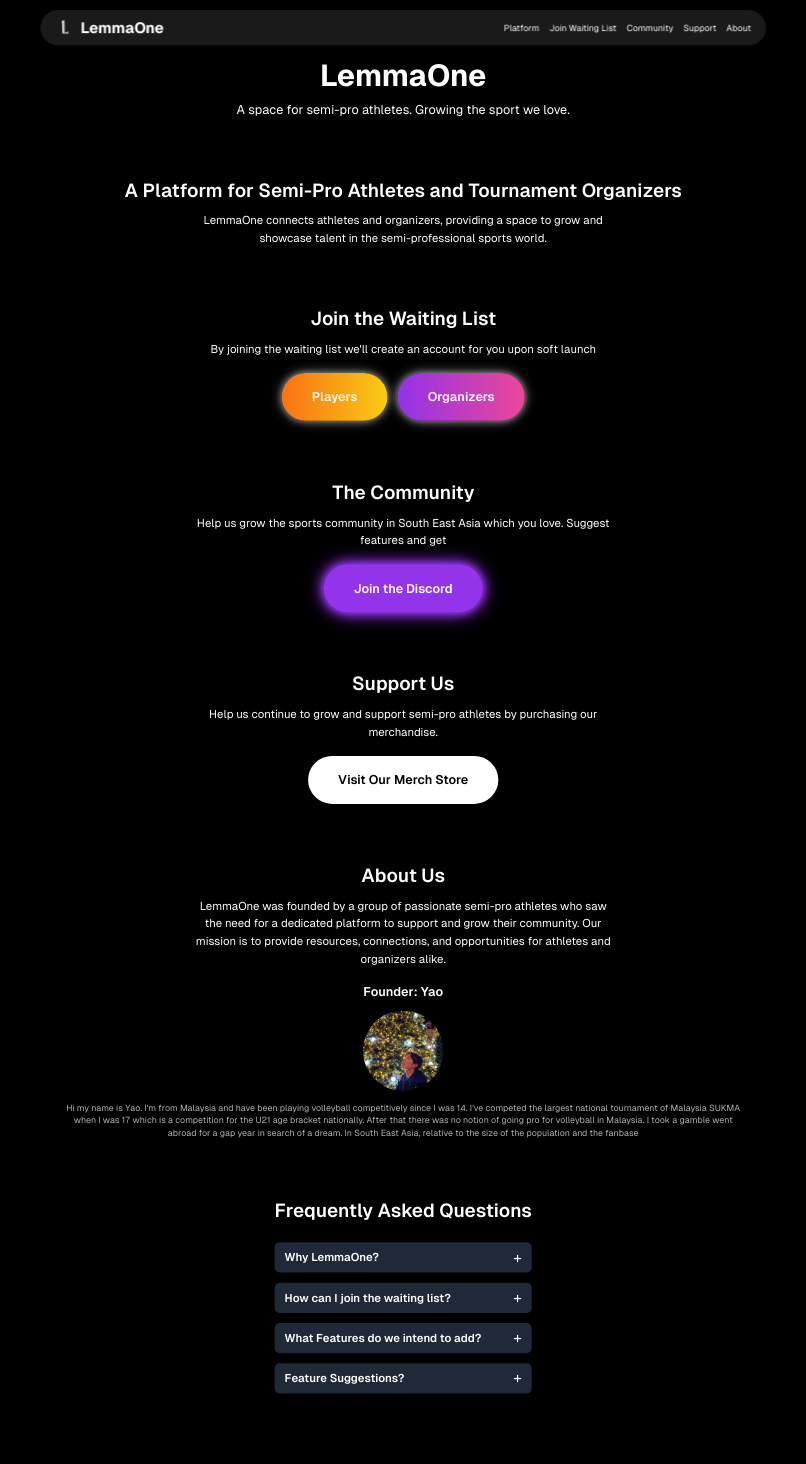
Repository: yao-creative/lemma-one-launch
Page: /
An editor plug-in stored every save of this project. The page is shown before and after a run of saves, followed by the edit.
The browser window is 1280 px wide. The pictures show the whole page, at 63% of full size.
The project was rebuilt for these pictures with package versions that can differ from the ones it lists, and the page was loaded fresh each time. The framework's server and built-in components were replaced by stand-ins that run in the browser. Also part of the build but not shown: next.config.js, next.config.mjs.

Above is the page before, as saved 2024-09-26 04:16:13.

### app/layout.tsx
import type { Metadata } from "next";
import localFont from "next/font/local";
import "./globals.css";

const geistSans = localFont({
  src: "./fonts/GeistVF.woff",
  variable: "--font-geist-sans",
  weight: "100 900",
});

const geistMono = localFont({
  src: "./fonts/GeistMonoVF.woff",
  variable: "--font-geist-mono",
  weight: "100 900",
});

const nikeFont = localFont({
  src: "./fonts/Futura-Condensed-Extra-Bold.otf",
  variable: "--font-nike",
});

export const metadata: Metadata = {
  title: "LemmaOne",
  description: "A space for semi-pro athletes. Growing the sport we love.",
};

export default function RootLayout({
  children,
}: Readonly<{
  children: React.ReactNode;
}>) {
  return (
    <html lang="en">
      <body
        className={`${geistSans.variable} ${geistMono.variable} ${nikeFont.variable} antialiased`}
      >
        {children}
      </body>
    </html>
  );
}

### app/page.tsx
'use client';

import { useRef, useState } from 'react';
import Image from 'next/image';

export default function Home() {
  const [menuOpen, setMenuOpen] = useState(false);
  const platformRef = useRef<HTMLElement>(null);
  const waitingListRef = useRef<HTMLElement>(null);
  const communityRef = useRef<HTMLElement>(null);
  const supportRef = useRef<HTMLElement>(null);
  const aboutRef = useRef<HTMLElement>(null);
  const faqRef = useRef<HTMLElement>(null);

  const scrollToSection = (ref: React.RefObject<HTMLElement>) => {
    ref.current?.scrollIntoView({ behavior: 'smooth' });
    setMenuOpen(false);
  };

  const [openFAQ, setOpenFAQ] = useState<number | null>(null);

  const toggleFAQ = (index: number) => {
    setOpenFAQ(openFAQ === index ? null : index);
  };

  const faqs = [
    {
      question: "Why LemmaOne?",
      answer: "A Lemma is a term in mathematics for an intermediate result or tool to prove a theorem. We are creating LemmaOne to prove that semi-pro sports is possible in South East Asia."
    },
    {
      question: "How can I join the waiting list?",
      answer: "You can join the waiting list by clicking on either the 'Players' or 'Organizers' button in the 'Join the Waiting List' section. We'll create an account for you upon soft launch."
    },
    {
      question: "What Features do we intend to add?",
      answer: "We're currently building a platform for sports hosting, but would like to grow into an interactive community to help build local tournaments to create a more immersive tournament experience, broaden their reach, and find new monetization methods. This way we can help grow a sustainable semi-pro sports community in South East Asia. "
    },
    {
      question: "Feature Suggestions?",
      answer: "We're always looking for new ideas an feature improvements. Join the Discord to build a community with us."
    }
  ];

  return (
    <div className="min-h-screen bg-black text-white">
      <nav className="fixed top-0 left-0 right-0 z-10">
        <div className="mx-auto max-w-6xl mt-4 px-6 py-3 bg-white/10 backdrop-blur-md rounded-full flex justify-between items-center">
          <div className="flex items-center space-x-2">
            <Image src="/logo192.png" alt="LemmaOne Logo" width={32} height={32} />
            <h1 className="text-2xl font-bold font-nike">LemmaOne</h1>
          </div>
          <div className="hidden md:flex space-x-4 items-center">
            <button onClick={() => scrollToSection(platformRef)} className="text-sm hover:text-gray-300">Platform</button>
            <button onClick={() => scrollToSection(waitingListRef)} className="text-sm hover:text-gray-300">Join Waiting List</button>
            <button onClick={() => scrollToSection(communityRef)} className="text-sm hover:text-gray-300">Community</button>
            <button onClick={() => scrollToSection(supportRef)} className="text-sm hover:text-gray-300">Support</button>
            <button onClick={() => scrollToSection(aboutRef)} className="text-sm hover:text-gray-300">About</button>
          </div>
          <button onClick={() => setMenuOpen(!menuOpen)} className="md:hidden">
            <svg className="w-6 h-6" fill="none" stroke="currentColor" viewBox="0 0 24 24" xmlns="http://www.w3.org/2000/svg">
              <path strokeLinecap="round" strokeLinejoin="round" strokeWidth={2} d="M4 6h16M4 12h16M4 18h16" />
            </svg>
          </button>
        </div>
        {menuOpen && (
          <div className="md:hidden absolute top-full left-0 right-0 bg-black/90 backdrop-blur-md py-4">
            <button onClick={() => scrollToSection(platformRef)} className="block w-full text-left px-6 py-2 hover:bg-white/10">Platform</button>
            <button onClick={() => scrollToSection(waitingListRef)} className="block w-full text-left px-6 py-2 hover:bg-white/10">Join Waiting List</button>
            <button onClick={() => scrollToSection(communityRef)} className="block w-full text-left px-6 py-2 hover:bg-white/10">Community</button>
            <button onClick={() => scrollToSection(supportRef)} className="block w-full text-left px-6 py-2 hover:bg-white/10">Support</button>
            <button onClick={() => scrollToSection(aboutRef)} className="block w-full text-left px-6 py-2 hover:bg-white/10">About</button>
          </div>
        )}
      </nav>

      <main className="flex min-h-screen flex-col items-center justify-between p-24 space-y-24">
        <section className="text-center flex flex-col items-center">
          <h2 className="text-4xl md:text-5xl font-bold font-nike mb-4">LemmaOne</h2>
          <p className="text-lg md:text-xl max-w-2xl">A space for semi-pro athletes. Growing the sport we love.</p>
        </section>

        <section ref={platformRef} className="text-center flex flex-col items-center">
          <h3 className="text-2xl md:text-3xl font-semibold font-nike mb-4">A Platform for Semi-Pro Athletes and Tournament Organizers</h3>
          <p className="text-base md:text-lg max-w-2xl">
            LemmaOne connects athletes and organizers, providing a space to grow and showcase talent in the semi-professional sports world.
          </p>
        </section>

        <section ref={waitingListRef} className="text-center flex flex-col items-center">
          <h3 className="text-2xl md:text-3xl font-semibold font-nike mb-4">Join the Waiting List</h3>
          <p className="text-base md:text-lg mb-6 max-w-2xl">
            By joining the waiting list we'll create an account for you upon soft launch
          </p>
          <div className="flex flex-col md:flex-row justify-center space-y-4 md:space-y-0 md:space-x-4">
            <button className="px-12 py-6 rounded-full text-xl font-semibold text-white bg-gradient-to-r from-orange-500 to-yellow-400 hover:from-orange-600 hover:to-yellow-500 transition-all duration-300 animate-pulse-subtle glow-button">
              Players
            </button>
            <button className="px-12 py-6 rounded-full text-xl font-semibold text-white bg-gradient-to-r from-purple-600 to-pink-500 hover:from-purple-700 hover:to-pink-600 transition-all duration-300 animate-pulse-subtle glow-button">
              Organizers
            </button>
          </div>
        </section>

        <section ref={communityRef} className="text-center flex flex-col items-center">
          <h3 className="text-2xl md:text-3xl font-semibold font-nike mb-4">The Community</h3>
          <p className="text-base md:text-lg mb-6 max-w-2xl">
            Help us grow the sports community in South East Asia which you love. Suggest features and get
          </p>
          <a href="https://discord.gg/QztR7ZPM" className="inline-block px-12 py-6 rounded-full text-xl bg-purple-600 text-white font-semibold hover:bg-purple-700 transition-colors duration-300 neon-button">
            Join the Discord
          </a>
        </section>

        <section ref={supportRef} className="text-center flex flex-col items-center">
          <h3 className="text-2xl md:text-3xl font-semibold font-nike mb-4">Support Us</h3>
          <p className="text-base md:text-lg mb-6 max-w-2xl">
            Help us continue to grow and support semi-pro athletes by purchasing our merchandise.
          </p>
          <a href="#" className="inline-block px-12 py-6 rounded-full text-xl bg-white text-black font-semibold hover:bg-gray-200 transition-colors duration-300">
            Visit Our Merch Store
          </a>
        </section>

        <section ref={aboutRef} className="text-center flex flex-col items-center">
          <h3 className="text-2xl md:text-3xl font-semibold font-nike mb-4">About Us</h3>
          <p className="text-base md:text-lg max-w-2xl">
            LemmaOne was founded by a group of passionate semi-pro athletes who saw the need for a dedicated platform to support and grow their community. Our mission is to provide resources, connections, and opportunities for athletes and organizers alike.
          </p>
          <div className="mt-6">
            <h3 className="text-xl font-semibold mb-4">Founder: Yao</h3>
            <div className="relative w-32 h-32 mx-auto mb-4">
              <Image
                src="/about/profile.jpg"
                alt="Yao - Founder"
                layout="fill"
                objectFit="cover"
                className="rounded-full"
              />
            </div>
            <p className="text-sm opacity-70">
              Hi my name is Yao. I'm from Malaysia and have been playing volleyball competitively since I was 14. I've competed the largest national tournament of Malaysia SUKMA when I was 17 which is a competition for the U21 age bracket nationally. After that there was no notion of going pro for volleyball in Malaysia. I took a gamble went abroad for a gap year in search of a dream. In South East Asia, relative to the size of the population and the fanbase
            </p>
          </div>
        </section>

        <section ref={faqRef} className="text-center flex flex-col items-center">
          <h3 className="text-2xl md:text-3xl font-semibold font-nike mb-8">Frequently Asked Questions</h3>
          <div className="w-full max-w-2xl">
            {faqs.map((faq, index) => (
              <div key={index} className="mb-4">
                <button
                  className="flex justify-between items-center w-full text-left px-4 py-2 bg-gray-800 hover:bg-gray-700 transition-colors duration-300 rounded-lg"
                  onClick={() => toggleFAQ(index)}
                >
                  <span className="text-lg font-semibold">{faq.question}</span>
                  <span className="text-2xl">{openFAQ === index ? '−' : '+'}</span>
                </button>
                {openFAQ === index && (
                  <div className="mt-2 px-4 py-2 bg-gray-900 rounded-lg">
                    <p className="text-base">{faq.answer}</p>
                  </div>
                )}
              </div>
            ))}
          </div>
        </section>
      </main>
    </div>
  );
}

### app/globals.css
@tailwind base;
@tailwind components;
@tailwind utilities;

:root {
  --background: #000000;
  --foreground: #ffffff;
}

@media (prefers-color-scheme: dark) {
  :root {
    --background: #0a0a0a;
    --foreground: #ededed;
  }
}

body {
  color: var(--foreground);
  background: var(--background);
  font-family: var(--font-geist-sans), Arial, sans-serif;
}

@layer utilities {
  .text-balance {
    text-wrap: balance;
  }
}

@keyframes pulse-subtle {
  0%, 100% {
    opacity: 1;
  }
  50% {
    opacity: 0.8;
  }
}

.animate-pulse-subtle {
  animation: pulse-subtle 2s cubic-bezier(0.4, 0, 0.6, 1) infinite;
}

.glow-button {
  box-shadow: 0 0 10px rgba(255, 255, 255, 0.5), 0 0 20px rgba(255, 255, 255, 0.3), 0 0 30px rgba(255, 255, 255, 0.1);
  transition: all 0.3s ease;
}

.glow-button:hover {
  box-shadow: 0 0 15px rgba(255, 255, 255, 0.7), 0 0 25px rgba(255, 255, 255, 0.5), 0 0 35px rgba(255, 255, 255, 0.3);
}

.neon-button {
  box-shadow: 0 0 10px #9333ea, 0 0 20px #9333ea, 0 0 30px #9333ea;
  animation: neon-glow 1.5s ease-in-out infinite alternate;
}

@keyframes neon-glow {
  from {
    box-shadow: 0 0 10px #9333ea, 0 0 20px #9333ea, 0 0 30px #9333ea;
  }
  to {
    box-shadow: 0 0 20px #9333ea, 0 0 30px #9333ea, 0 0 40px #9333ea;
  }
}

@keyframes pulse {
  0%, 100% {
    opacity: 1;
  }
  50% {
    opacity: 0.5;
  }
}

.animate-pulse {
  animation: pulse 2s cubic-bezier(0.4, 0, 0.6, 1) infinite;
}

Loaded but not shown: tailwind.config.ts (common file)

After the next 21 saves:
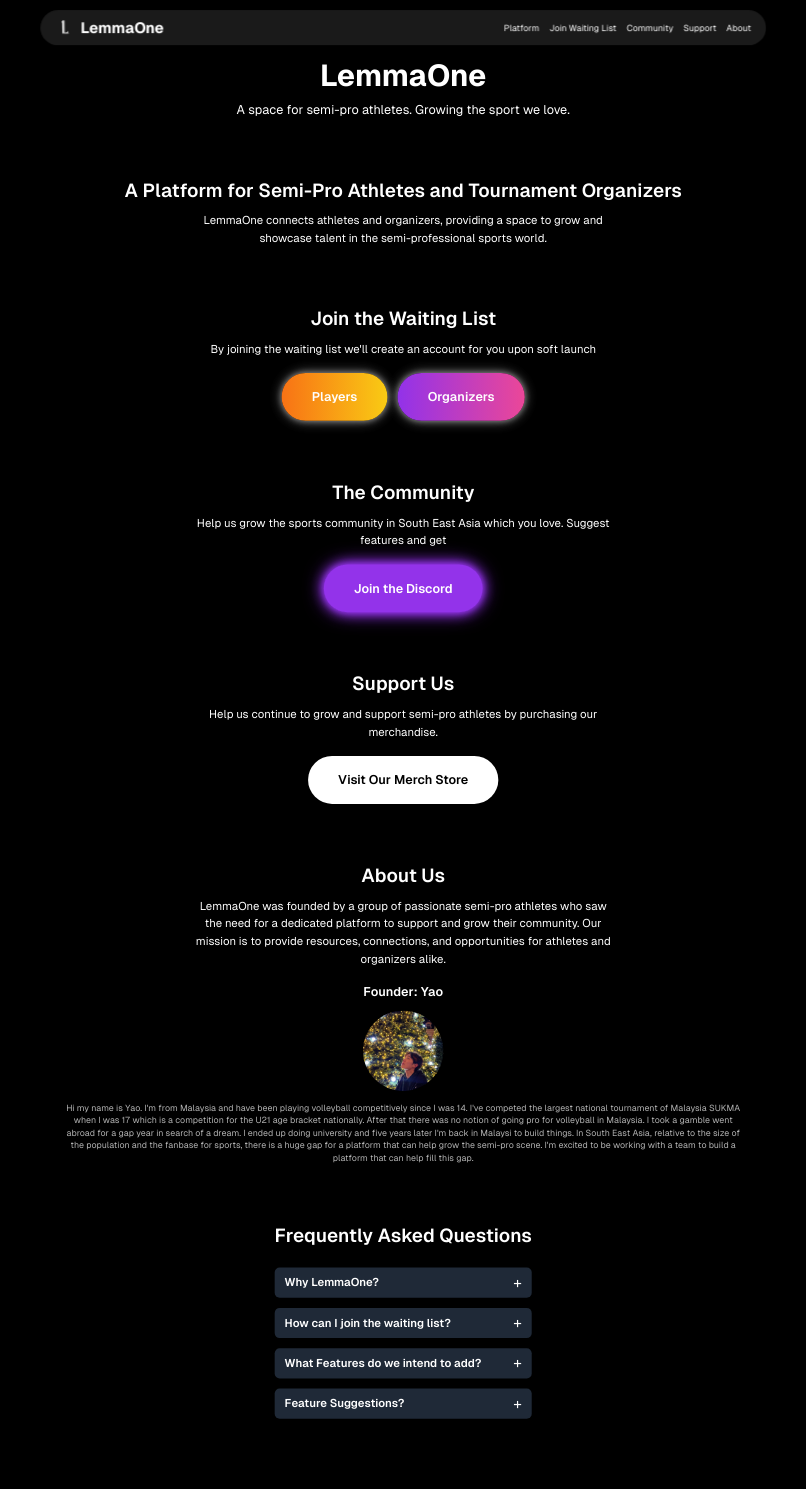
The 21 saves are shown as one change because they came seconds apart.
The last was saved 26 s later.
--- a/app/page.tsx
+++ b/app/page.tsx
@@ -139,7 +139,7 @@ export default function Home() {
               />
             </div>
             <p className="text-sm opacity-70">
-              Hi my name is Yao. I'm from Malaysia and have been playing volleyball competitively since I was 14. I've competed the largest national tournament of Malaysia SUKMA when I was 17 which is a competition for the U21 age bracket nationally. After that there was no notion of going pro for volleyball in Malaysia. I took a gamble went abroad for a gap year in search of a dream. In South East Asia, relative to the size of the population and the fanbase
+              Hi my name is Yao. I'm from Malaysia and have been playing volleyball competitively since I was 14. I've competed the largest national tournament of Malaysia SUKMA when I was 17 which is a competition for the U21 age bracket nationally. After that there was no notion of going pro for volleyball in Malaysia. I took a gamble went abroad for a gap year in search of a dream. I ended up doing university and five years later I'm back in Malaysi to build things. In South East Asia, relative to the size of the population and the fanbase for sports, there is a huge gap for a platform that can help grow the semi-pro scene. I'm excited to be working with a team to build a platform that can help fill this gap.
             </p>
           </div>
         </section>
